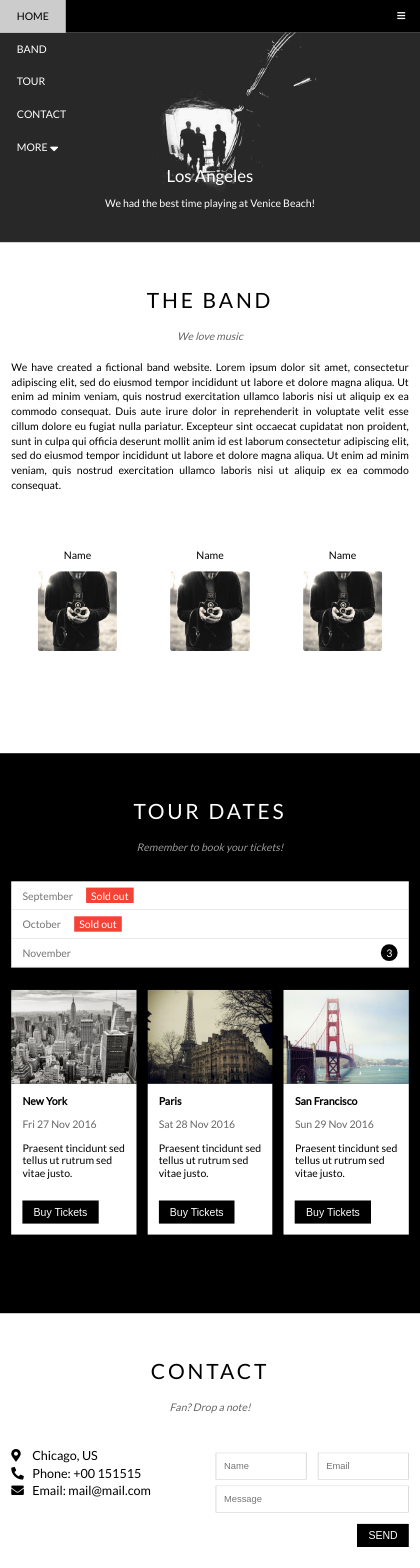
Repository: nguyenthaicong265/w3-band
Page: index.html
An editor plug-in stored every save of this project. The page is shown before and after the next save, followed by the edit.
The browser window is 600 px wide. The pictures show the part of the page from y = 0 to 2240 px (the page is 2878 px tall), at 70% of full size.

Above is the page before, as saved 2022-01-06 10:46:19.

After the next save:
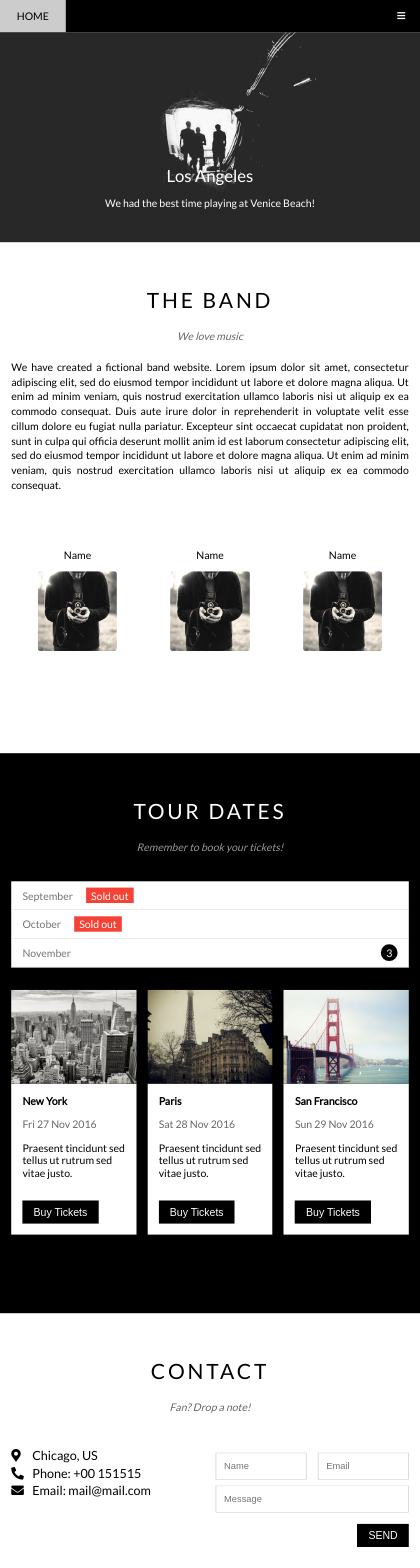
Saved 25 s later.
--- a/assets/css/responsive.css
+++ b/assets/css/responsive.css
@@ -7,6 +7,9 @@
 
 /* Mobile */
 @media (max-width: 740px) {
+    #header {
+        overflow: hidden;
+    }
     #nav {
         display: block;
     }
